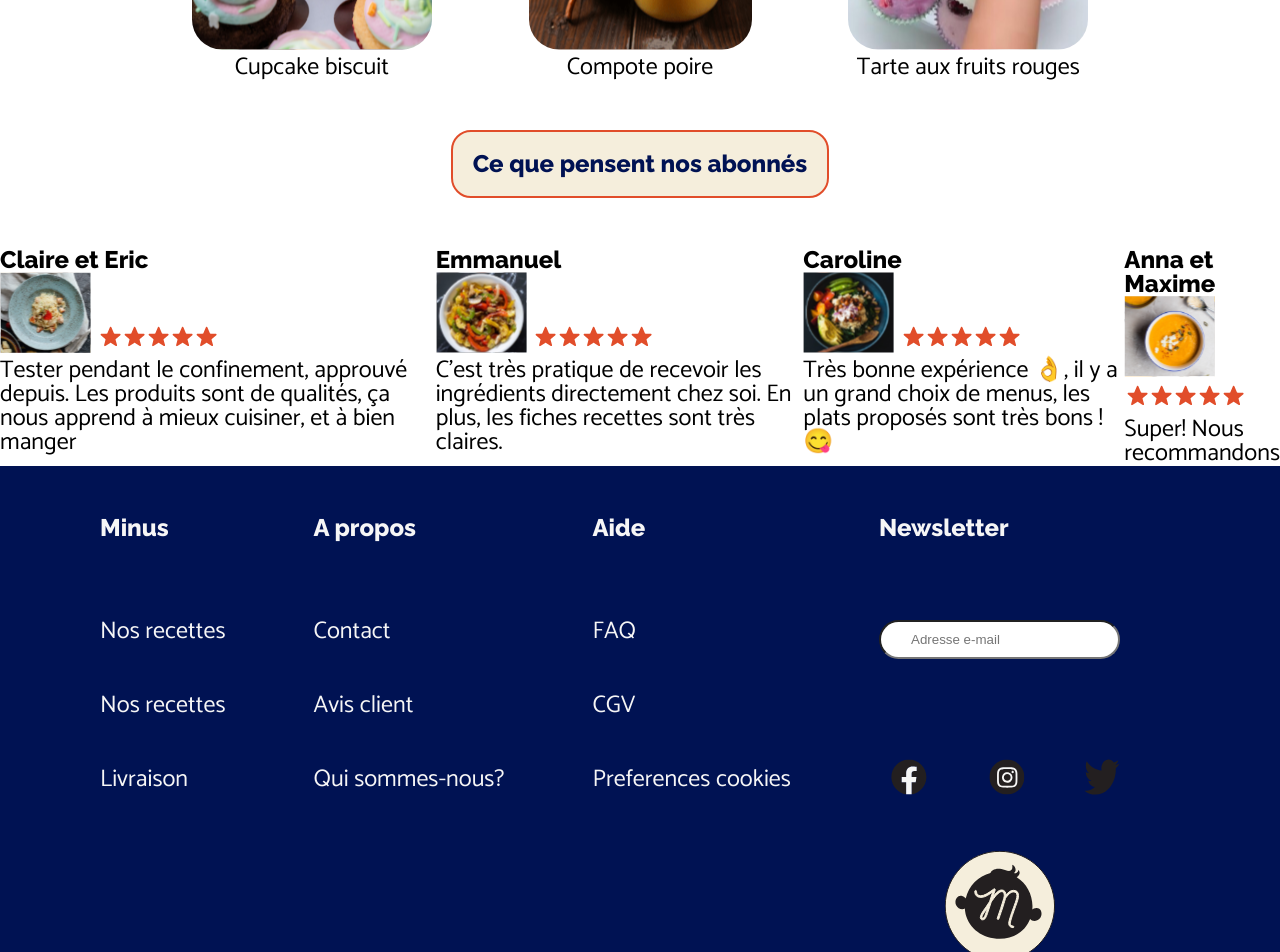
Repository: minus-team7/minus_team7
Page: minus_homepage.html
The author's editor kept a copy of each file at every save. The page is drawn from the files as they stood at one save, then again after a run of saves.
The browser window is 1280 px wide. The pictures show the part of the page from y = 2524 to 3476 px (the page is 3491 px tall before and 3702 px after).
A picture or video elsewhere on the page could not be fetched, so the positions and the page height are approximate.

Above is the page before, as saved 2023-02-13 00:16:39.

After the next 9 saves:
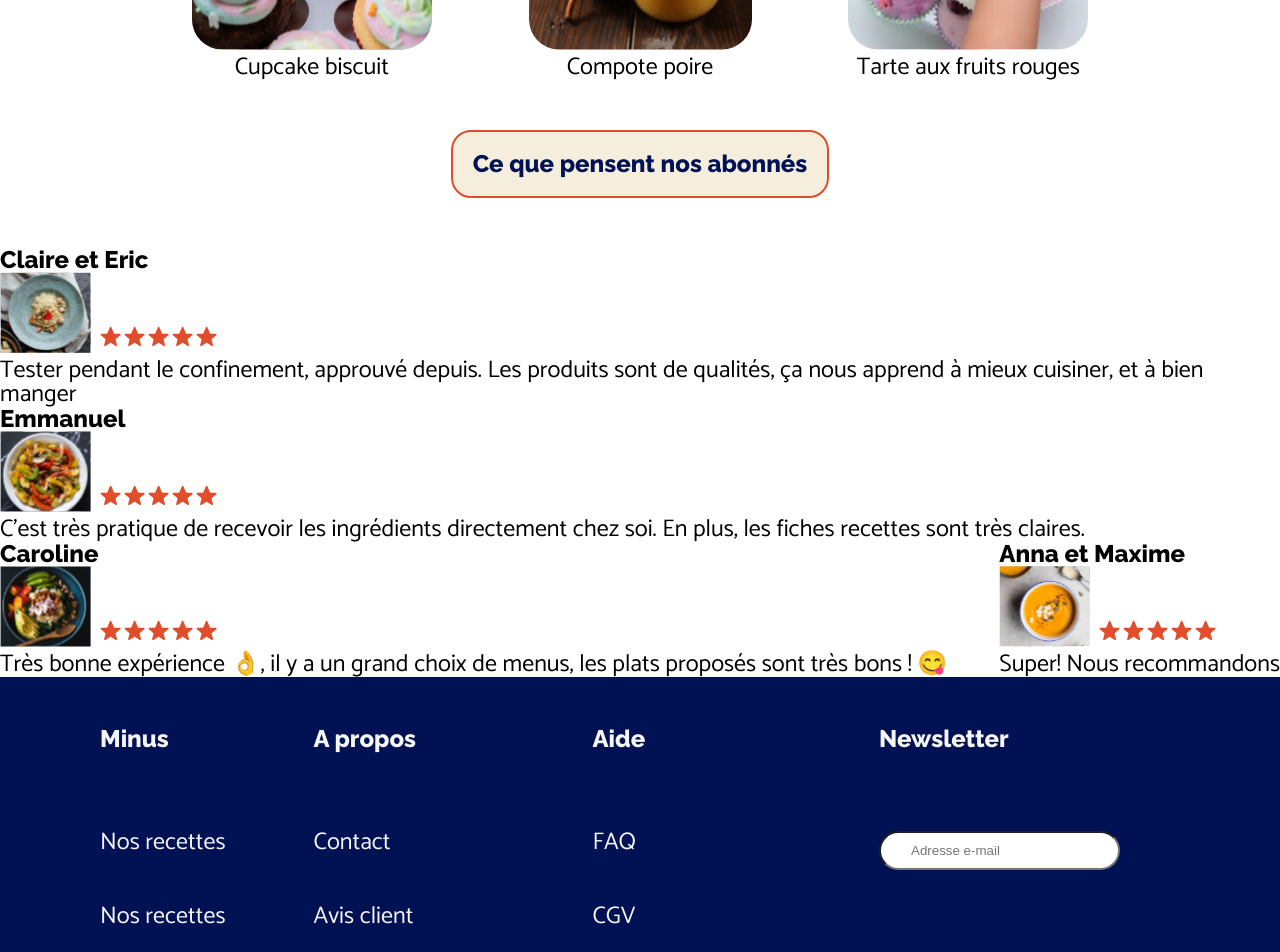
The 9 saves are shown as one change because they came seconds apart.
The last was saved 16 s later.
--- a/minus_homepage.css
+++ b/minus_homepage.css
@@ -85,7 +85,8 @@ h2{
 
 .nos-avis{
     display: flex;
-
+    justify-content: space-between;
+    flex-wrap: wrap;
 }
 
 .footer{
